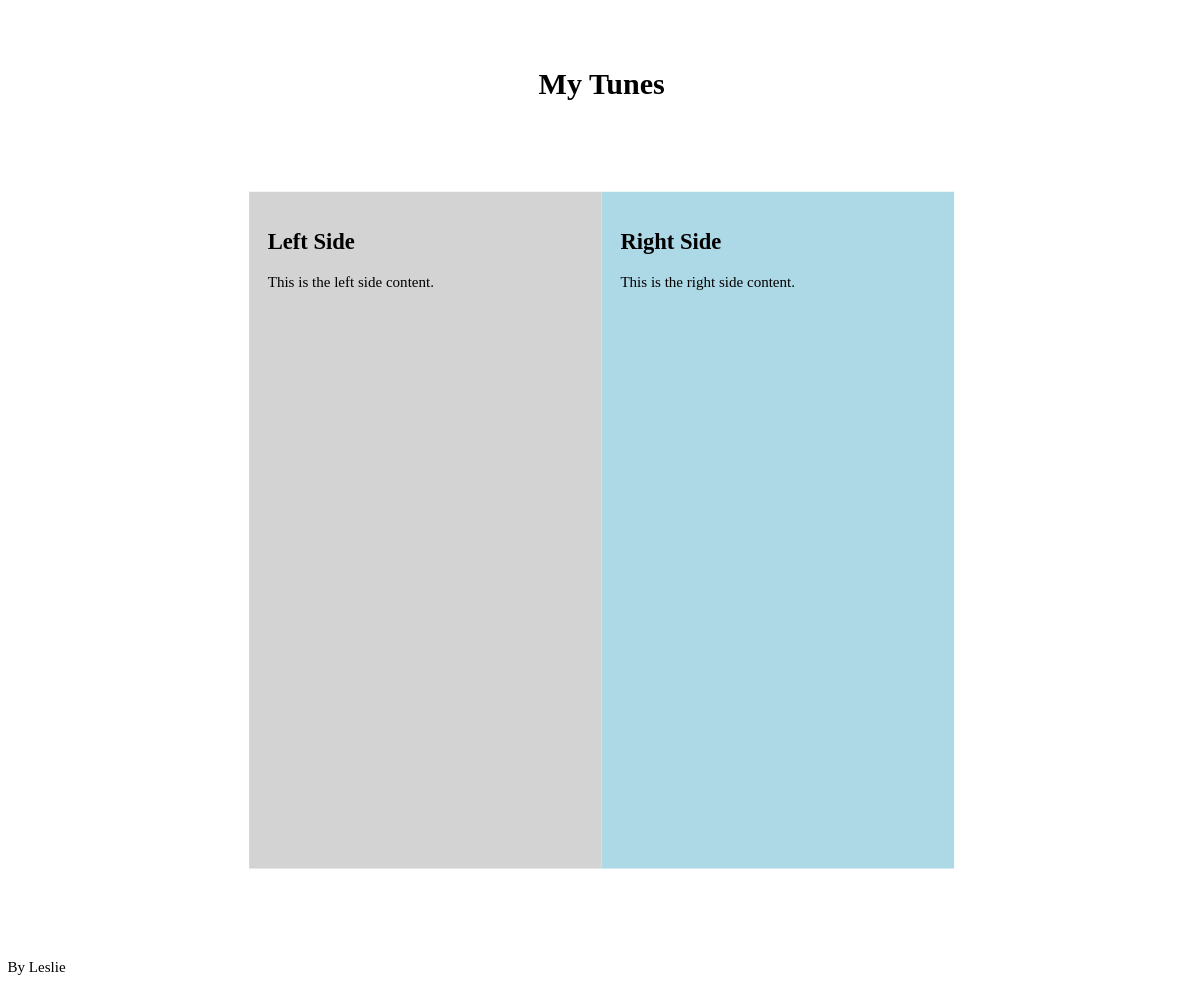
Repository: leslie179/labOne
Page: /
The author's editor kept a copy of each file at every save. The page is drawn from the files as they stood at one save, then again after the next save.
The browser window is 1280 px wide. The pictures show the whole page, at 94% of full size.
The project was rebuilt for these pictures with package versions that can differ from the ones it lists, and the page was loaded fresh each time. The framework's server and built-in components were replaced by stand-ins that run in the browser. Also part of the build but not shown: next.config.js, components/Footer/Footer.module.css, components/LeftComponent/LeftComponent.module.css, components/RightComponent/RightComponent.module.css.

Above is the page before, as saved 2024-09-15 21:39:36.

After the next save:
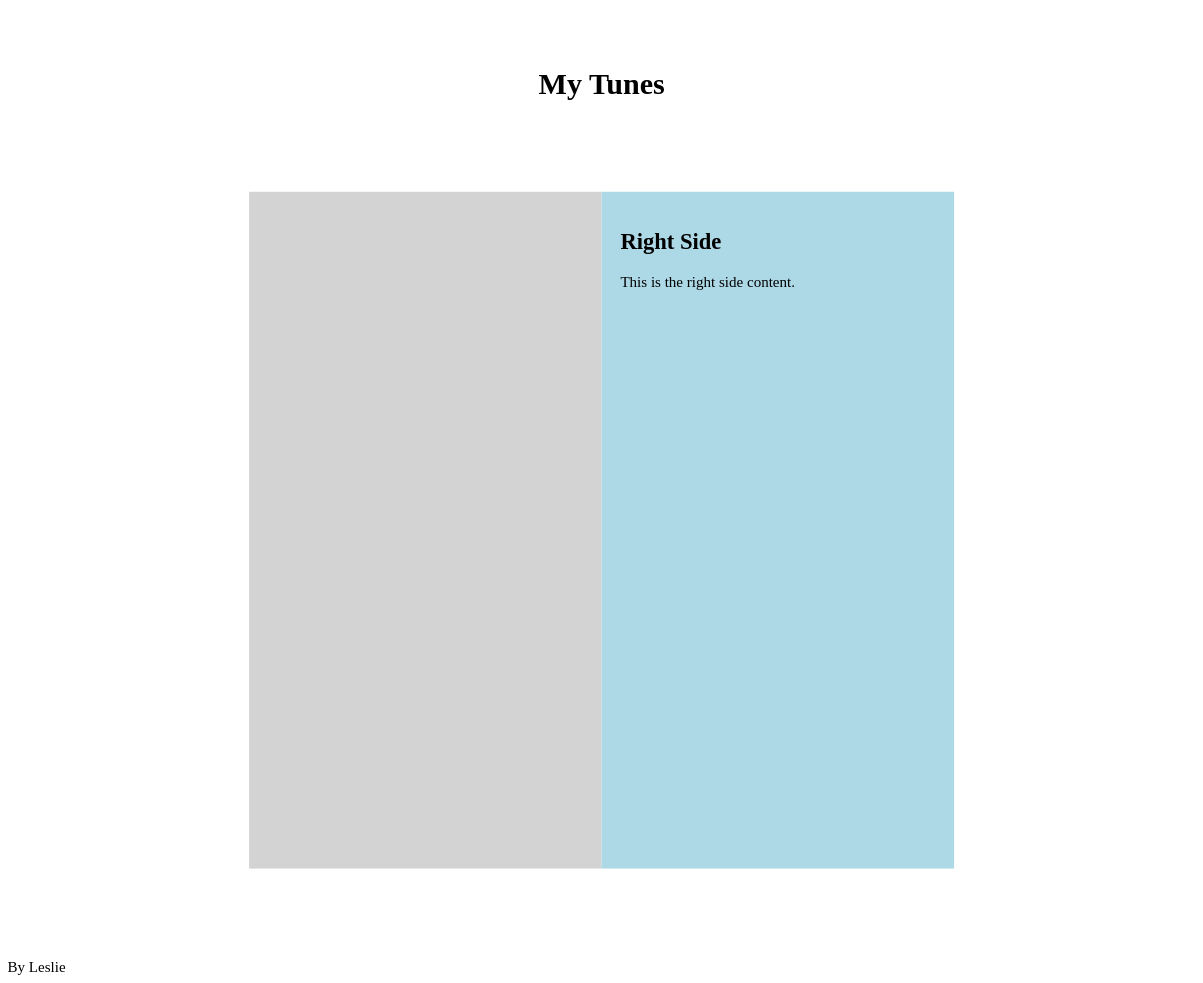
Saved 2 min 5 s later.
--- a/components/LeftComponent/index.js
+++ b/components/LeftComponent/index.js
@@ -3,8 +3,7 @@ import styles from './LeftComponent.module.css';
 export default function LeftComponent() {
     return (
         <div>
-            <h2>Left Side</h2>
-            <p>This is the left side content.</p>
+            <img></img>
         </div>
     );
 }
